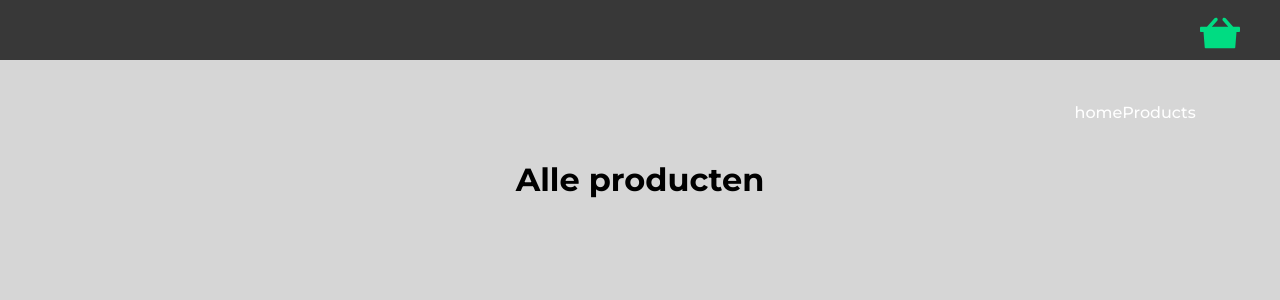
Repository: jodelajo/nuxt-product-page
Page: /
An editor plug-in stored every save of this project. The page is shown before and after the next save, followed by the edit.
The browser window is 1280 px wide. The pictures show the whole page.
The page's requests for data from a server got no answer. The project was rebuilt for these pictures with package versions that can differ from the ones it lists, and the page was loaded fresh each time. The framework's server and built-in components were replaced by stand-ins that run in the browser. No one was signed in, and anything a server would have sent is missing. Also part of the build but not shown: nuxt.config.js, components/BuyButton.vue, components/CartPrices.vue, components/Counter.vue, components/FilterIcon.vue, components/HomeIcon.vue, components/IncDecButtons.vue, components/MyItem.vue and 8 more.

Above is the page before, as saved 2021-12-03 16:01:52.

After the next save:
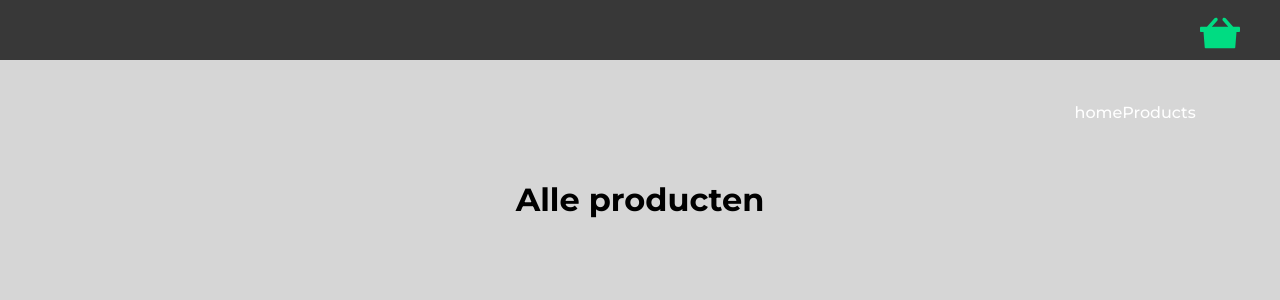
Saved 47 s later.
--- a/pages/index.vue
+++ b/pages/index.vue
@@ -63,12 +63,10 @@ body {
 .container {
 
   display: flex;
-  /* padding: 0; */
+  padding: 20px;
   flex-direction: column;
   justify-content: center;
   align-items: center;
-
-
   gap: 20px;
   font-family: "Montserrat", sans-serif;
   /* font-family: 'Readex Pro', sans-serif; */
